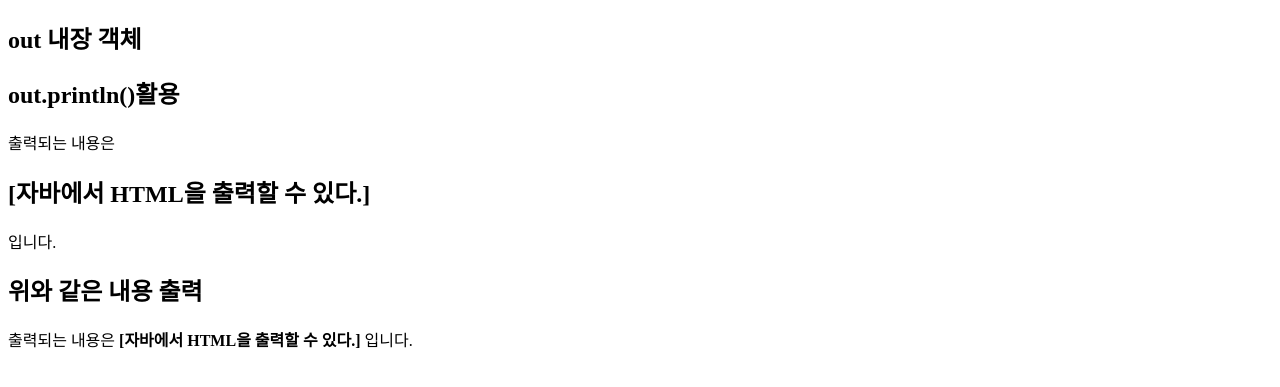
Repository: Hara-JS/hara
Page: http://localhost/jsp_01_basic_test/_05_session/_09_out.jsp
These files come from the project's save history. The page is drawn as it stood at one moment and after the next save; the edit follows.
The browser window is 1280 px wide. The pictures show the whole page.
The page is served by Tomcat 9.

Above is the page before, as saved 2024-08-12 09:11:15.

### 새 폴더/jsp_01_basic_test/src/main/webapp/_05_session/_09_out.jsp
<%@ page language="java" contentType="text/html; charset=UTF-8"
    pageEncoding="UTF-8"%>
<!DOCTYPE html>
<html>
<head>
<meta charset="UTF-8">
<title>Insert title here</title>
</head>
<body>
	<h2>out 내장 객체 </h2>
	<h2> out.println()활용</h2>

	<%
		String name = "[자바에서 HTML을 출력할 수 있다.]";
		out.println("출력되는 내용은 <h2>" + name + "</h2> 입니다.");
	%>

	<h2>위와 같은 내용 출력</h2>
	출력되는 내용은 <b><%=name %></b> 입니다.
</body>
</html>

After the next save:
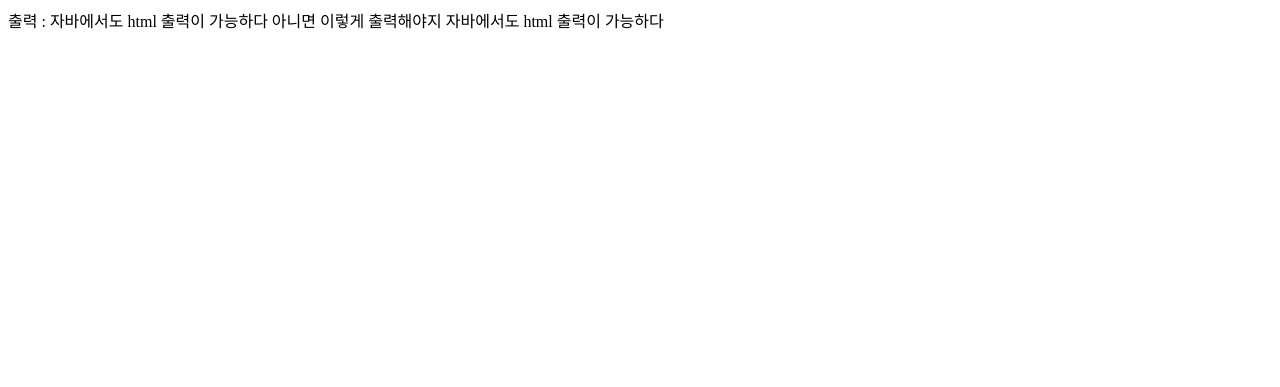
Saved 21 min 57 s later.
--- a/새 폴더/jsp_01_basic_test/src/main/webapp/_05_session/_09_out.jsp
+++ b/새 폴더/jsp_01_basic_test/src/main/webapp/_05_session/_09_out.jsp
@@ -1,5 +1,5 @@
 <%@ page language="java" contentType="text/html; charset=UTF-8"
-    pageEncoding="UTF-8"%>
+	pageEncoding="UTF-8"%>
 <!DOCTYPE html>
 <html>
 <head>
@@ -7,15 +7,16 @@
 <title>Insert title here</title>
 </head>
 <body>
-	<h2>out 내장 객체 </h2>
-	<h2> out.println()활용</h2>
 
 	<%
-		String name = "[자바에서 HTML을 출력할 수 있다.]";
-		out.println("출력되는 내용은 <h2>" + name + "</h2> 입니다.");
+	String outInfo = "자바에서도 html 출력이 가능하다";
+	out.println("출력 : " + outInfo);
 	%>
 
-	<h2>위와 같은 내용 출력</h2>
-	출력되는 내용은 <b><%=name %></b> 입니다.
+	아니면 이렇게 출력해야지
+	<%=outInfo%>
+
+
+
 </body>
 </html>
